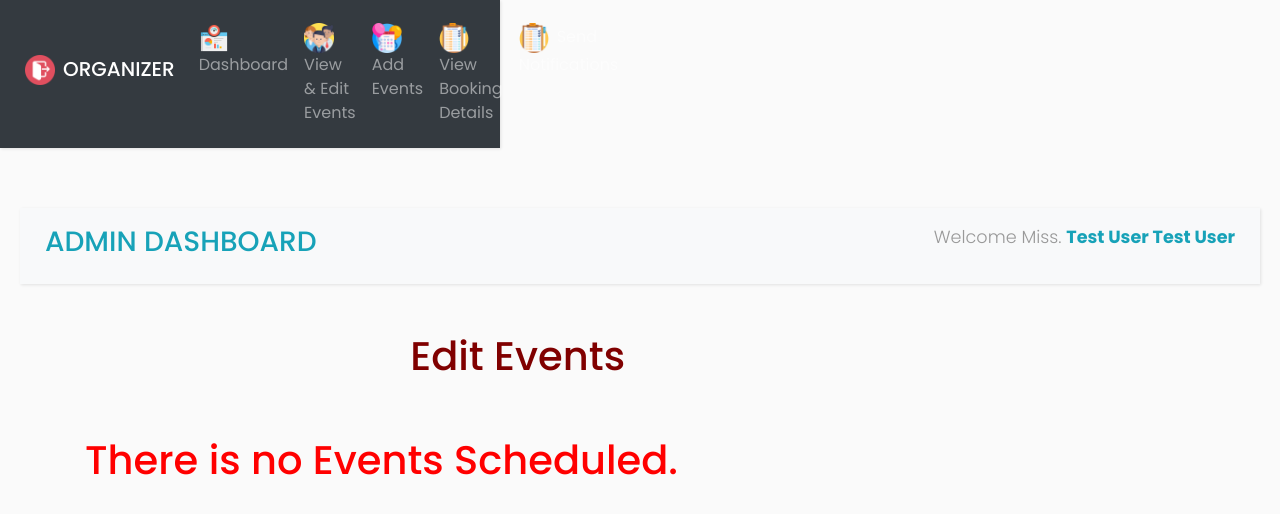
Repository: kalaprabhakar/Event_Management
Page: http://localhost/Event_Management_System/WEB-INF/pages/edit_event.jsp
An editor plug-in stored every save of this project. The page is shown before and after the next save, followed by the edit.
The browser window is 1280 px wide. The pictures show the whole page.
An inner scrolling area shows only its first screen. Some web libraries are served in a nearby version. The page is served by Tomcat 10. The session is filled in as if someone had signed in: {"Admin_firstname": "Test User", "Admin_lastname": "Test User", "Admin_email": "test@example.com", "Admin_phone": 1, "Admin_address": 1, "Admin_gender": 1, "Admin_id": 1, "Admin_role": "admin", "User_firstname": "Test User", "User_lastname": "Test User", "User_email": "test@example.com", "User_phone": 1, "User_address": 1, "User_gender": 1, "User_id": 1, "User_role": "admin"}. Other server files are loaded and not shown. The template is opened directly, without the code that normally fills it, so the values that code supplies are empty.

Above is the page before, as saved 2024-05-10 11:30:04.

### Hyscaler/Event_Management_System/src/main/webapp/WEB-INF/pages/edit_event.jsp
<%@ taglib uri="http://java.sun.com/jsp/jstl/core" prefix="c"%>
<%
if (session.getAttribute("Admin_email") == null) {
	response.sendRedirect("/login");
} else {
%>
<jsp:include page="includes/header.jsp" />

<jsp:include page="includes/organizerNav.jsp" />

<style>
.card:hover {
	transform: scale(1.05);
	box-shadow: 0 10px 20px rgba(0, 0, 0, .12), 0 4px 8px rgba(0, 0, 0, .06);
	transition: 0.3s ease-in-out;
	cursor: pointer;
}
</style>



<!-- Page Content  -->
<div id="content">

	<nav class="navbar navbar-expand-lg navbar-light bg-light">
		<div class="container-fluid">

			<div>
				<h3 class="text-info">ADMIN DASHBOARD</h3>
			</div>
			<div>
				<p>
					Welcome
					<%
				if (session.getAttribute("Admin_gender").equals("male")) {
				%>
					Mr.
					<%
				} else {
				%>
					Miss.
					<%
				}
				%>
					<span class="font-weight-bold text-info">${Admin_firstname}
						${Admin_lastname}</span>
				</p>
			</div>
		</div>
	</nav>

	<section class="container ">
		<div class="container">
			<div class="row align-items-center my-5">
				<!-- For Demo Purpose -->
				<div class="col-md-12 col-lg-6 col-sm-12 mb-5">
					<!-- <img src="assets/picture/icons/thumbs-up.png" alt="" class="img-fluid mb-3 d-none d-md-block"> -->
					<h1 style="text-align: right; color: maroon;">Edit Events</h1>

					<c:if test="${not empty Msg }">
						<div
							style="height: 100px; width: 200px; display: flex; align-items: center;">
							<h3 style="color: green; text-align: center;">${Msg }</h3>
						</div>
						<c:remove var="Msg" scope="session" />

					</c:if>
				</div>



				<c:choose>

					<c:when test="${!empty eventDtls }">
						<table class="table table-striped">
							<thead>
								<tr>
									<th scope="col">Name</th>
									<th scope="col">Description</th>
									<th scope="col">Date</th>
									<th scope="col">Time</th>
									<th scope="col">Location</th>
									<th scope="col">Price</th>
									<th scope="col">Edit</th>
									<th scope="col">Delete</th>
								</tr>
							</thead>
							<c:forEach var="eve" items="${eventDtls }">
								<tbody>
									<tr>

										<td>${eve.eventName }</td>
										<td>${eve.eventDesc }</td>
										<td>${eve.eventDate }</td>
										<td>${eve.eventTime }</td>
										<td>${eve.eventVenue }</td>
										<td>${eve.ticketPrice }</td>
										<td><a href="edit?id=${eve.id }"><button class="btn btn-primary"><i class="fa-solid fa-user-pen"></i></button></a></td>
										<td><a
											onclick="return confirm('You Want To Delete Event !')"
											href="delete?id=${eve.id }"><button class="btn btn-danger"><i class="fa-solid fa-trash"></i></button></a></td>
									</tr>
								</tbody>

							</c:forEach>

						</table>

					</c:when>


					<c:otherwise>

						<h1 style="color: red; text-align: center">There is no Events
							Scheduled.</h1>

					</c:otherwise>



				</c:choose>

				<!-- Table Content -->





			</div>
		</div>



	</section>





	<%
	}
	%>

### Hyscaler/Event_Management_System/src/main/webapp/WEB-INF/pages/includes/header.jsp

<%@ page language="java" contentType="text/html; charset=ISO-8859-1"
	pageEncoding="ISO-8859-1"%>
<%@ taglib prefix="c" uri="http://java.sun.com/jsp/jstl/core"%>
<!DOCTYPE html>
<html>
<head>
<meta charset="ISO-8859-1">
<title>Event Management System</title>
<!--  Bootstrap CSS -->
<link rel="stylesheet"
	href="https://cdn.jsdelivr.net/npm/bootstrap@4.6.1/dist/css/bootstrap.min.css"
	integrity="sha384-zCbKRCUGaJDkqS1kPbPd7TveP5iyJE0EjAuZQTgFLD2ylzuqKfdKlfG/eSrtxUkn"
	crossorigin="anonymous">

<!-- FontAwesome -->
<link rel="stylesheet"
	href="https://pro.fontawesome.com/releases/v5.10.0/css/all.css" />
<link rel="stylesheet"
	href="https://cdnjs.cloudflare.com/ajax/libs/font-awesome/6.5.2/css/all.min.css"
	integrity="sha512-SnH5WK+bZxgPHs44uWIX+LLJAJ9/2PkPKZ5QiAj6Ta86w+fsb2TkcmfRyVX3pBnMFcV7oQPJkl9QevSCWr3W6A=="
	crossorigin="anonymous" referrerpolicy="no-referrer" />

<!-- Google Fonts -->
<link rel="preconnect" href="https://fonts.googleapis.com">
<link rel="preconnect" href="https://fonts.gstatic.com" crossorigin>
<link
	href="https://fonts.googleapis.com/css2?family=Poppins&display=swap"
	rel="stylesheet">

<!-- stylesheet -->




<script
	src="https://cdn.jsdelivr.net/npm/jquery@3.5.1/dist/jquery.slim.min.js"
	integrity="sha384-DfXdz2htPH0lsSSs5nCTpuj/zy4C+OGpamoFVy38MVBnE+IbbVYUew+OrCXaRkfj"
	crossorigin="anonymous"></script>
<script
	src="https://cdn.jsdelivr.net/npm/bootstrap@4.6.1/dist/js/bootstrap.bundle.min.js"
	integrity="sha384-fQybjgWLrvvRgtW6bFlB7jaZrFsaBXjsOMm/tB9LTS58ONXgqbR9W8oWht/amnpF"
	crossorigin="anonymous"></script>

<link rel="stylesheet" href="../../assets/css/home.css" />
<link rel="stylesheet" href="../../assets/css/admin.css" />
<link rel="stylesheet" href="../../assets/css/card.css" />

</head>
<body>

### Hyscaler/Event_Management_System/src/main/webapp/WEB-INF/pages/includes/organizerNav.jsp
        <nav id="sidebar" class="navbar navbar-expand-lg navbar-dark bg-dark">
  <div  class="container-fluid">
   <h3><a class="navbar-brand" href="#"><img src="images/logout.png" class="mr-2" width="30" height="30">ORGANIZER</a></h3>
    <button class="navbar-toggler" type="button" data-bs-toggle="collapse" data-bs-target="#navbarNavAltMarkup" aria-controls="navbarNavAltMarkup" aria-expanded="false" aria-label="Toggle navigation">
      <span class="navbar-toggler-icon"></span>
    </button>
    <div class="collapse navbar-collapse" id="navbarTogglerDemo02">
      <div class="navbar-nav">
        <a class="nav-link " aria-current="page" href="organizer_home"><img src="images/dashboard.png" class="mr-2" width="30" height="30" >Dashboard</a>
        <a class="nav-link" href="editevent"><img src="images/userlist.png" class="mr-2" width="30" height="30">View & Edit Events</a>
        <a class="nav-link" href="addevent"><img src="images/event.png" class="mr-2" width="30" height="30" >Add Events</a>
        <a class="nav-link" href="#"><img src="images/bookingdetails.png" class="mr-2" width="30" height="30" >View Booking Details</a>
        <a class="nav-link" href="#"><img src="images/bookingdetails.png" class="mr-2" width="30" height="30" >Send Notifications</a>


      </div>
    </div>
  </div>
</nav>

### Hyscaler/Event_Management_System/src/main/webapp/all_css/home.css
html,body{
    width:100%;
    height:100%;
    padding:0%;
    margin:0%;
    scroll-behavior: smooth;
    font-family: 'Poppins', sans-serif;
    overflow-x:hidden;
}



/* ===== FOOTER =====*/
.footer{
background-color: #0E2431;
color: #fff;
text-align: center;
font-weight: 600;
padding: 2rem 0;
margin-right:-25px;
}
.footer_title{
font-size: 2rem;
margin-bottom: 2rem;
}
.footer_social{
margin-bottom: 2rem;
}
.footer_icon{
font-size: 1.5rem;
color: #fff;
margin: 0 1rem;
}
.footer_icon:hover{
  color:#048dfe;
}

### Hyscaler/Event_Management_System/src/main/webapp/all_css/admin.css
/*
    DEMO STYLE
*/

@import "https://fonts.googleapis.com/css?family=Poppins:300,400,500,600,700";
body {
    font-family: 'Poppins', sans-serif;
    background: #fafafa;
}

p {
    font-family: 'Poppins', sans-serif;
    font-size: 1.1em;
    font-weight: 300;
    line-height: 1.7em;
    color: #999;
}

a,
a:hover,
a:focus {
    color: inherit;
    text-decoration: none;
    transition: all 0.3s;
}

.navbar {
    padding: 15px 10px;
    background: #fff;
    border: none;
    border-radius: 0;
    margin-bottom: 40px;
    box-shadow: 1px 1px 3px rgba(0, 0, 0, 0.1);
}

.navbar-btn {
    box-shadow: none;
    outline: none !important;
    border: none;
}

.line {
    width: 100%;
    height: 1px;
    border-bottom: 1px dashed #ddd;
    margin: 40px 0;
}

/* ---------------------------------------------------
    SIDEBAR STYLE
----------------------------------------------------- */

.wrapper {
    display: flex;
    width: 100%;
    align-items: stretch;
}

#sidebar {
    min-width: 500px;
    max-width: 500px;
    /*background: #7386D5;*/
    color: #fff;
    transition: all 0.3s;
}

#sidebar.active {
    margin-left: -250px;
}

#sidebar .sidebar-header {
    padding: 20px;
    background: #5bc0de;
}

#sidebar ul.components {
    padding: 20px 0;
    border-bottom: 1px solid #5bc0de;
}

#sidebar ul p {
    color: #fff;
    padding: 10px;
}

#sidebar ul li a {
    padding: 10px;
    font-size: 1.1em;
    display: block;
}

#sidebar ul li a:hover {
    color: #5bc0de;
    background: #fff;
}

#sidebar ul li.active>a,
a[aria-expanded="true"] {
    color: #fff;
    background: #5bc0de;
}

a[data-toggle="collapse"] {
    position: relative;
}

.dropdown-toggle::after {
    display: block;
    position: absolute;
    top: 50%;
    right: 20px;
    transform: translateY(-50%);
}

ul ul a {
    font-size: 0.9em !important;
    padding-left: 30px !important;
    background: #5bc0de;
}

ul.CTAs {
    padding: 20px;
}

ul.CTAs a {
    text-align: center;
    font-size: 0.9em !important;
    display: block;
    border-radius: 5px;
    margin-bottom: 5px;
}

a.download {
    background: #fff;
    color: #5bc0de;
}

a.article,
a.article:hover {
    background: #5bc0de !important;
    color: #fff !important;
}

/* ---------------------------------------------------
    CONTENT STYLE
----------------------------------------------------- */

#content {
    width: 100%;
    padding: 20px;
    min-height: 100vh;
    transition: all 0.3s;
}

/* ---------------------------------------------------
    MEDIAQUERIES
----------------------------------------------------- */

@media (max-width: 768px) {
    #sidebar {
        margin-left: -250px;
    }
    #sidebar.active {
        margin-left: 0;
    }
    #sidebarCollapse span {
        display: none;
    }
}

### Hyscaler/Event_Management_System/src/main/webapp/all_css/card.css

.card-margin {
    margin-bottom: 1.875rem;
}

.card {
    border: 0;
    box-shadow: 0px 0px 10px 0px rgba(82, 63, 105, 0.1);
    -webkit-box-shadow: 0px 0px 10px 0px rgba(82, 63, 105, 0.1);
    -moz-box-shadow: 0px 0px 10px 0px rgba(82, 63, 105, 0.1);
    -ms-box-shadow: 0px 0px 10px 0px rgba(82, 63, 105, 0.1);
}
.card {
    position: relative;
    display: flex;
    flex-direction: column;
    min-width: 0;
    word-wrap: break-word;
    background-color: #ffffff;
    background-clip: border-box;
    border: 1px solid #e6e4e9;
    border-radius: 1rem;
}


.card .card-header.no-border {
    border: 0;
}
.card .card-header {
    background: none;
    padding: 0 0.9375rem;
    font-weight: 500;
    display: flex;
    align-items: center;
    min-height: 50px;
}
.card-header:first-child {
    border-radius: calc(8px - 1px) calc(8px - 1px) 0 0;
}

.widget-49 .widget-49-title-wrapper {
  display: flex;
  align-items: center;
}

.widget-49 .widget-49-title-wrapper .widget-49-date-primary {
  display: flex;
  align-items: center;
  justify-content: center;
  flex-direction: column;
  background-color: #edf1fc;
  width: 4rem;
  height: 4rem;
  border-radius: 50%;
}

.widget-49 .widget-49-title-wrapper .widget-49-date-primary .widget-49-date-day {
  color: #4e73e5;
  font-weight: 500;
  font-size: 1.5rem;
  line-height: 1;
}

.widget-49 .widget-49-title-wrapper .widget-49-date-primary .widget-49-date-month {
  color: #4e73e5;
  line-height: 1;
  font-size: 1rem;
  text-transform: uppercase;
}

.widget-49 .widget-49-title-wrapper .widget-49-date-secondary {
  display: flex;
  align-items: center;
  justify-content: center;
  flex-direction: column;
  background-color: #fcfcfd;
  width: 4rem;
  height: 4rem;
  border-radius: 50%;
}

.widget-49 .widget-49-title-wrapper .widget-49-date-secondary .widget-49-date-day {
  color: #dde1e9;
  font-weight: 500;
  font-size: 1.5rem;
  line-height: 1;
}

.widget-49 .widget-49-title-wrapper .widget-49-date-secondary .widget-49-date-month {
  color: #dde1e9;
  line-height: 1;
  font-size: 1rem;
  text-transform: uppercase;
}

.widget-49 .widget-49-title-wrapper .widget-49-date-success {
  display: flex;
  align-items: center;
  justify-content: center;
  flex-direction: column;
  background-color: #e8faf8;
  width: 4rem;
  height: 4rem;
  border-radius: 50%;
}

.widget-49 .widget-49-title-wrapper .widget-49-date-success .widget-49-date-day {
  color: #17d1bd;
  font-weight: 500;
  font-size: 1.5rem;
  line-height: 1;
}

.widget-49 .widget-49-title-wrapper .widget-49-date-success .widget-49-date-month {
  color: #17d1bd;
  line-height: 1;
  font-size: 1rem;
  text-transform: uppercase;
}

.widget-49 .widget-49-title-wrapper .widget-49-date-info {
  display: flex;
  align-items: center;
  justify-content: center;
  flex-direction: column;
  background-color: #ebf7ff;
  width: 4rem;
  height: 4rem;
  border-radius: 50%;
}

.widget-49 .widget-49-title-wrapper .widget-49-date-info .widget-49-date-day {
  color: #36afff;
  font-weight: 500;
  font-size: 1.5rem;
  line-height: 1;
}

.widget-49 .widget-49-title-wrapper .widget-49-date-info .widget-49-date-month {
  color: #36afff;
  line-height: 1;
  font-size: 1rem;
  text-transform: uppercase;
}

.widget-49 .widget-49-title-wrapper .widget-49-date-warning {
  display: flex;
  align-items: center;
  justify-content: center;
  flex-direction: column;
  background-color: floralwhite;
  width: 4rem;
  height: 4rem;
  border-radius: 50%;
}

.widget-49 .widget-49-title-wrapper .widget-49-date-warning .widget-49-date-day {
  color: #FFC868;
  font-weight: 500;
  font-size: 1.5rem;
  line-height: 1;
}

.widget-49 .widget-49-title-wrapper .widget-49-date-warning .widget-49-date-month {
  color: #FFC868;
  line-height: 1;
  font-size: 1rem;
  text-transform: uppercase;
}

.widget-49 .widget-49-title-wrapper .widget-49-date-danger {
  display: flex;
  align-items: center;
  justify-content: center;
  flex-direction: column;
  background-color: #feeeef;
  width: 4rem;
  height: 4rem;
  border-radius: 50%;
}

.widget-49 .widget-49-title-wrapper .widget-49-date-danger .widget-49-date-day {
  color: #F95062;
  font-weight: 500;
  font-size: 1.5rem;
  line-height: 1;
}

.widget-49 .widget-49-title-wrapper .widget-49-date-danger .widget-49-date-month {
  color: #F95062;
  line-height: 1;
  font-size: 1rem;
  text-transform: uppercase;
}

.widget-49 .widget-49-title-wrapper .widget-49-date-light {
  display: flex;
  align-items: center;
  justify-content: center;
  flex-direction: column;
  background-color: #fefeff;
  width: 4rem;
  height: 4rem;
  border-radius: 50%;
}

.widget-49 .widget-49-title-wrapper .widget-49-date-light .widget-49-date-day {
  color: #f7f9fa;
  font-weight: 500;
  font-size: 1.5rem;
  line-height: 1;
}

.widget-49 .widget-49-title-wrapper .widget-49-date-light .widget-49-date-month {
  color: #f7f9fa;
  line-height: 1;
  font-size: 1rem;
  text-transform: uppercase;
}

.widget-49 .widget-49-title-wrapper .widget-49-date-dark {
  display: flex;
  align-items: center;
  justify-content: center;
  flex-direction: column;
  background-color: #ebedee;
  width: 4rem;
  height: 4rem;
  border-radius: 50%;
}

.widget-49 .widget-49-title-wrapper .widget-49-date-dark .widget-49-date-day {
  color: #394856;
  font-weight: 500;
  font-size: 1.5rem;
  line-height: 1;
}

.widget-49 .widget-49-title-wrapper .widget-49-date-dark .widget-49-date-month {
  color: #394856;
  line-height: 1;
  font-size: 1rem;
  text-transform: uppercase;
}

.widget-49 .widget-49-title-wrapper .widget-49-date-base {
  display: flex;
  align-items: center;
  justify-content: center;
  flex-direction: column;
  background-color: #f0fafb;
  width: 4rem;
  height: 4rem;
  border-radius: 50%;
}

.widget-49 .widget-49-title-wrapper .widget-49-date-base .widget-49-date-day {
  color: #68CBD7;
  font-weight: 500;
  font-size: 1.5rem;
  line-height: 1;
}

.widget-49 .widget-49-title-wrapper .widget-49-date-base .widget-49-date-month {
  color: #68CBD7;
  line-height: 1;
  font-size: 1rem;
  text-transform: uppercase;
}

.widget-49 .widget-49-title-wrapper .widget-49-meeting-info {
  display: flex;
  flex-direction: column;
  margin-left: 1rem;
}

.widget-49 .widget-49-title-wrapper .widget-49-meeting-info .widget-49-pro-title {
  color: #3c4142;
  font-size: 14px;
}

.widget-49 .widget-49-title-wrapper .widget-49-meeting-info .widget-49-meeting-time {
  color: #B1BAC5;
  font-size: 13px;
}

.widget-49 .widget-49-meeting-points {
  font-weight: 400;
  font-size: 13px;
  margin-top: .5rem;
}

.widget-49 .widget-49-meeting-points .widget-49-meeting-item {
  display: list-item;
  color: #727686;
}

.widget-49 .widget-49-meeting-points .widget-49-meeting-item span {
  margin-left: .5rem;
}

.widget-49 .widget-49-meeting-action {
  text-align: right;
}

.widget-49 .widget-49-meeting-action a {
  text-transform: uppercase;
}


.time {
	position: relative;
  margin-left: 1em;
}


.time span {
	font-size: 12px;
	color: #bebebe;
	line-height: 25px;
}


 .time a span {
	padding: 5px 10px;
    border-radius: 4px;
    line-height: 10px;
    font-size: 12px;
}

After the next save:
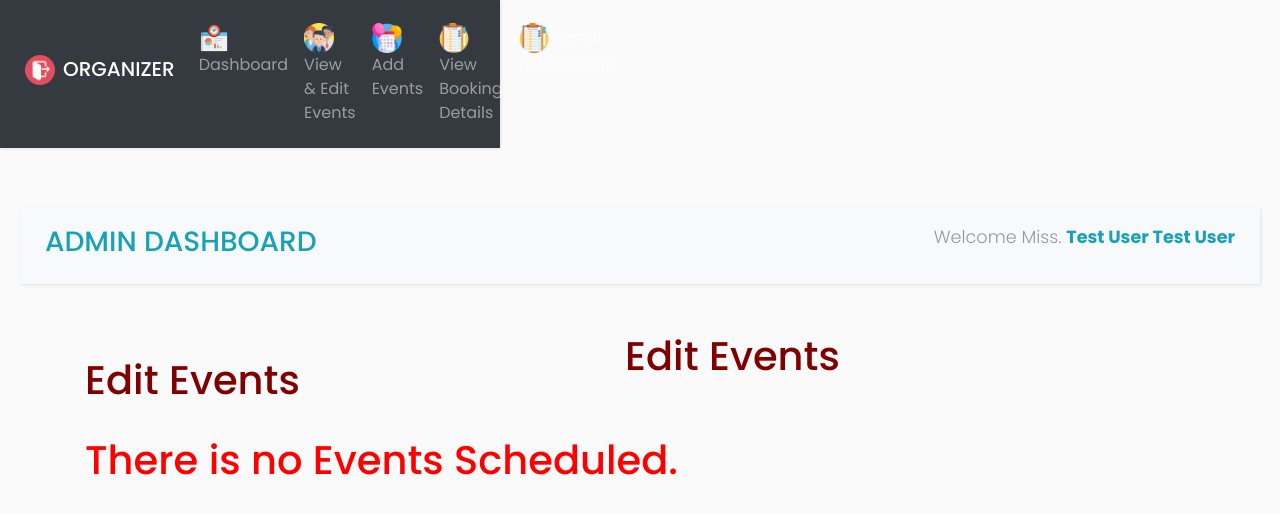
Saved 3 min 9 s later.
--- a/Hyscaler/Event_Management_System/src/main/webapp/WEB-INF/pages/edit_event.jsp
+++ b/Hyscaler/Event_Management_System/src/main/webapp/WEB-INF/pages/edit_event.jsp
@@ -52,6 +52,7 @@ if (session.getAttribute("Admin_email") == null) {
 	<section class="container ">
 		<div class="container">
 			<div class="row align-items-center my-5">
+			<h1 style="text-align: right; color: maroon;">Edit Events</h1>
 				<!-- For Demo Purpose -->
 				<div class="col-md-12 col-lg-6 col-sm-12 mb-5">
 					<!-- <img src="assets/picture/icons/thumbs-up.png" alt="" class="img-fluid mb-3 d-none d-md-block"> -->
